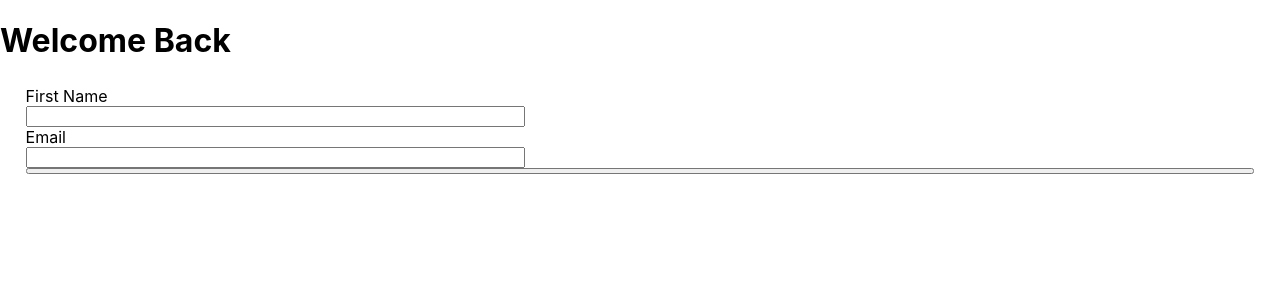
Repository: fatimash2123/todoApp
Page: /
An editor plug-in stored every save of this project. The page is shown before and after the next save, followed by the edit.
The browser window is 1280 px wide. The pictures show the whole page.
The project was rebuilt for these pictures with package versions that can differ from the ones it lists, and the page was loaded fresh each time.

Above is the page before, as saved 2024-02-12 12:48:08.

### src/App.tsx
import Login from './pages/Login/Login';

function App() {
  return (
    <Login/>
  );
}

export default App;

### src/pages/Login/Login.tsx
import styles from "./Login.module.css";
import { Formik, Form, Field, ErrorMessage } from "formik";
interface formikState {
  name: string;
  email: string;
}

function Login() {
  const initialValues: formikState = { name: "", email: "" };
  const emailRegex = /^[a-zA-Z0-9._-]+@[a-zA-Z0-9.-]+\.[a-zA-Z]{2,4}$/;

  const validate = (values: formikState) => {
    let errors: formikState = { name: "", email: "" };
    if (!values.name) {
      errors.name = "Required";
    }
    if (!values.email) {
      errors.email = "Required";
    } else if (!emailRegex.test(values.email)) {
      errors.email = "Email not correct";
    }
    return errors;
  };
  const onSubmit = (values: formikState) => {
    console.log(values);
  };

  return (
    <>
      <h1>Welcome Back</h1>
      <Formik
        initialValues={initialValues}
        validate={validate}
        onSubmit={onSubmit}
      >
        <Form className={styles.formStyles}>
          <label htmlFor="name">First Name</label>
          <Field type="text" id="name" name="name" />
          <ErrorMessage name="name" />

          <label htmlFor="email">Email</label>
          <Field type="text" id="email" name="email" />
          <ErrorMessage name="email" />

          <button type="submit"></button>
        </Form>
      </Formik>
    </>
  );
}
export default Login;

### src/pages/Login/Login.module.css
.formStyles{
    display: flex;
    flex-direction: column;
    margin: 2%;

}

input{
    width: 40%;
}

Loaded but not shown: public/index.html (common file); src/index.tsx (common file); src/index.css (common file); src/reportWebVitals.ts (common file)

After the next save:
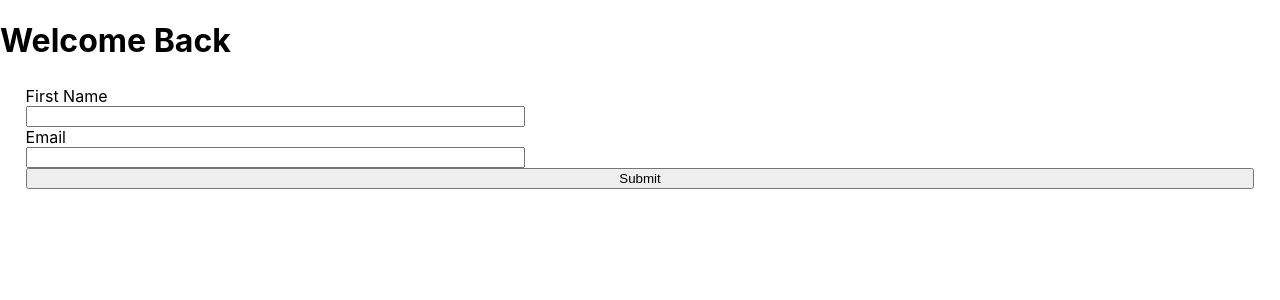
Saved 34 s later.
--- a/src/pages/Login/Login.tsx
+++ b/src/pages/Login/Login.tsx
@@ -42,7 +42,7 @@ function Login() {
           <Field type="text" id="email" name="email" />
           <ErrorMessage name="email" />
 
-          <button type="submit"></button>
+          <button type="submit">Submit</button>
         </Form>
       </Formik>
     </>
